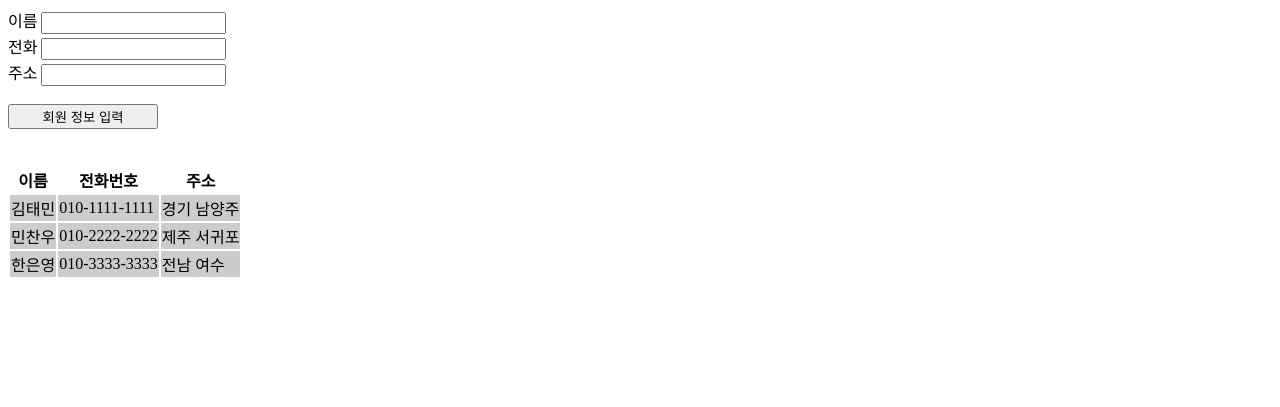
Repository: lolsoyeon/WebStudy
Page: WebApp03/WebContent/Test023.html
These files come from the project's save history. The page is drawn as it stood at one moment and after the next save; the edit follows.
The browser window is 1280 px wide. The pictures show the whole page.

Above is the page before, as saved 2022-10-04 03:14:41.

### WebApp03/WebContent/Test023.html
<!DOCTYPE html>
<html>
<head>
<meta charset="UTF-8">
<title>Test023.html</title>

<style type="text/css">
	input {font-family: 나눔고딕코딩; font-weight: bold;}
	input:focus {background-color: #eeeedd;}
	input.btn {font-weight: bold; font-family: 맑은 고딕;}
	.txt {text-align: right;}
	.btn {width: 150px;}
	table {border: "1";}
	td {background-color: #ccc;}
	tr {border: "1";}
	textarea { font-family: 나눔고딕코딩; font-weight: bold;}
	.txt {text-align: center;}
</style>


</head>
<body>

<div>
	<form>
		이름 <input type="text" id="txtName" class="txt"><br>
		전화 <input type="text" id="txtTel" class="txt"><br>
		주소 <input type="text" id="txtAddr" class="txt"><br>
		<br>

		<button type="button" class="btn">회원 정보 입력</button>
		<br><br><br>

<!-- 		<table border="1" id="memberTbl"> -->
		<table id="memberTbl">
			<tr>
				<th>이름</th><th>전화번호</th><th>주소</th>
			</tr>

			<tr>
				<td>김태민</td><td>010-1111-1111</td><td>경기 남양주</td>
			</tr>

			<tr>
				<td>민찬우</td><td>010-2222-2222</td><td>제주 서귀포</td>
			</tr>

			<tr>
				<td>한은영</td><td>010-3333-3333</td><td>전남 여수</td>
			</tr>


		</table>
	</form>


</div>

</body>
</html>

After the next save:
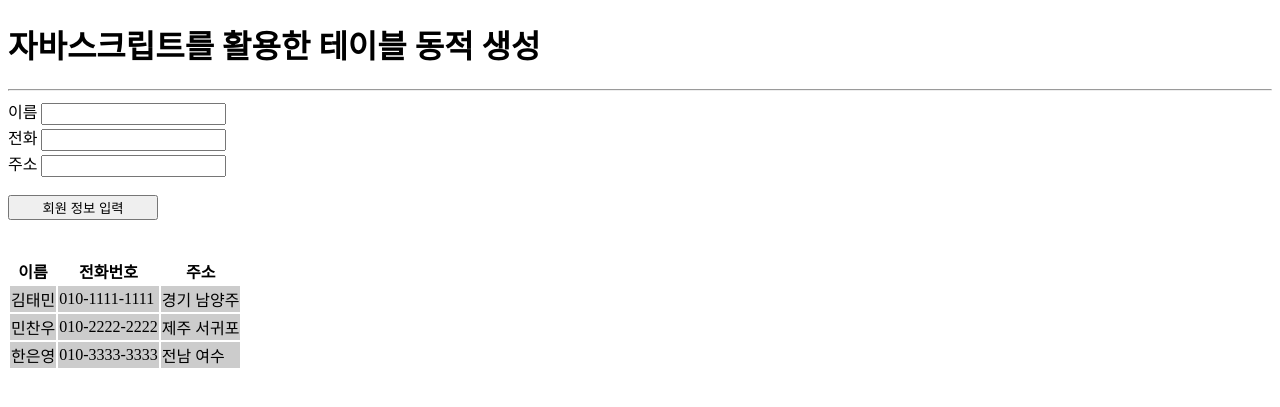
Saved 45 s later.
--- a/WebApp03/WebContent/Test023.html
+++ b/WebApp03/WebContent/Test023.html
@@ -20,6 +20,13 @@
 
 </head>
 <body>
+
+<div>
+	<h1>자바스크립트를 활용한 테이블 동적 생성</h1>
+	<hr>
+</div>
+
+
 
 <div>
 	<form>
